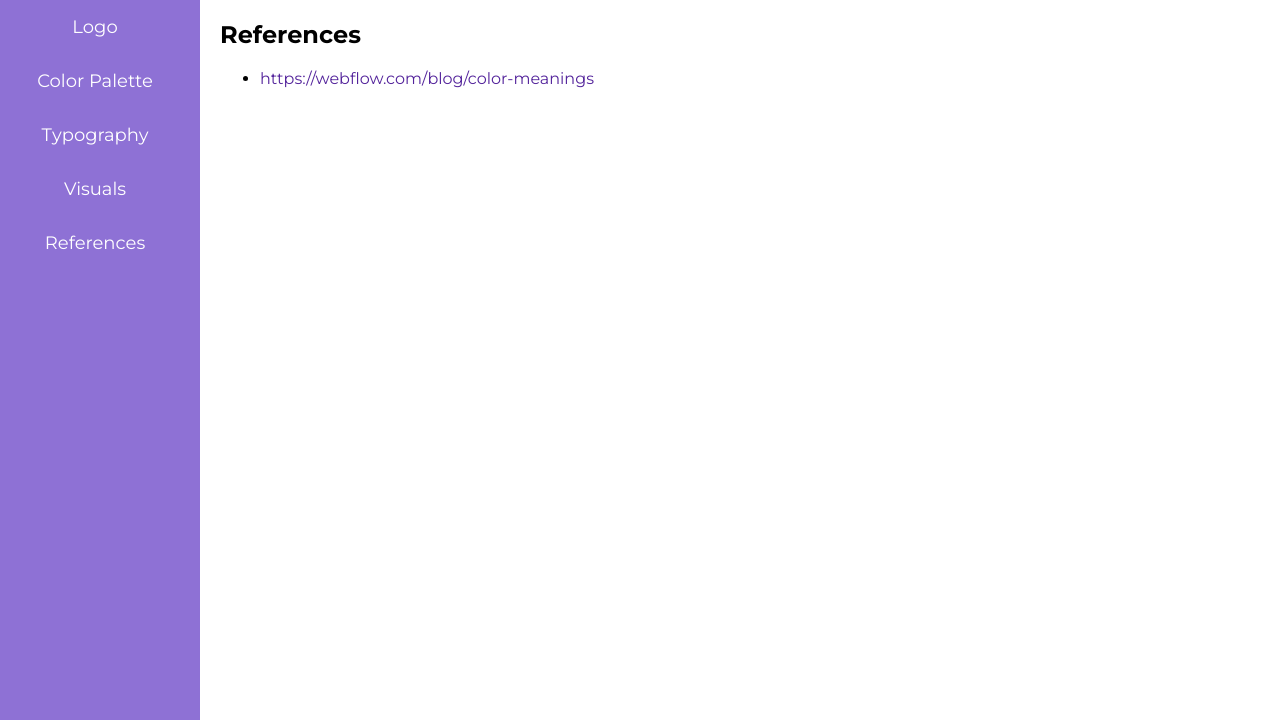
Repository: Irinalimm/PocketProfs-A5Styleguide
Page: pages/references.html
The author's editor kept a copy of each file at every save. The page is drawn from the files as they stood at one save, then again after the next save.
The browser window is 1280 px wide. The pictures show the whole page.
Some web libraries are served in a nearby version.

Above is the page before, as saved 2024-04-10 22:19:40.

After the next save:
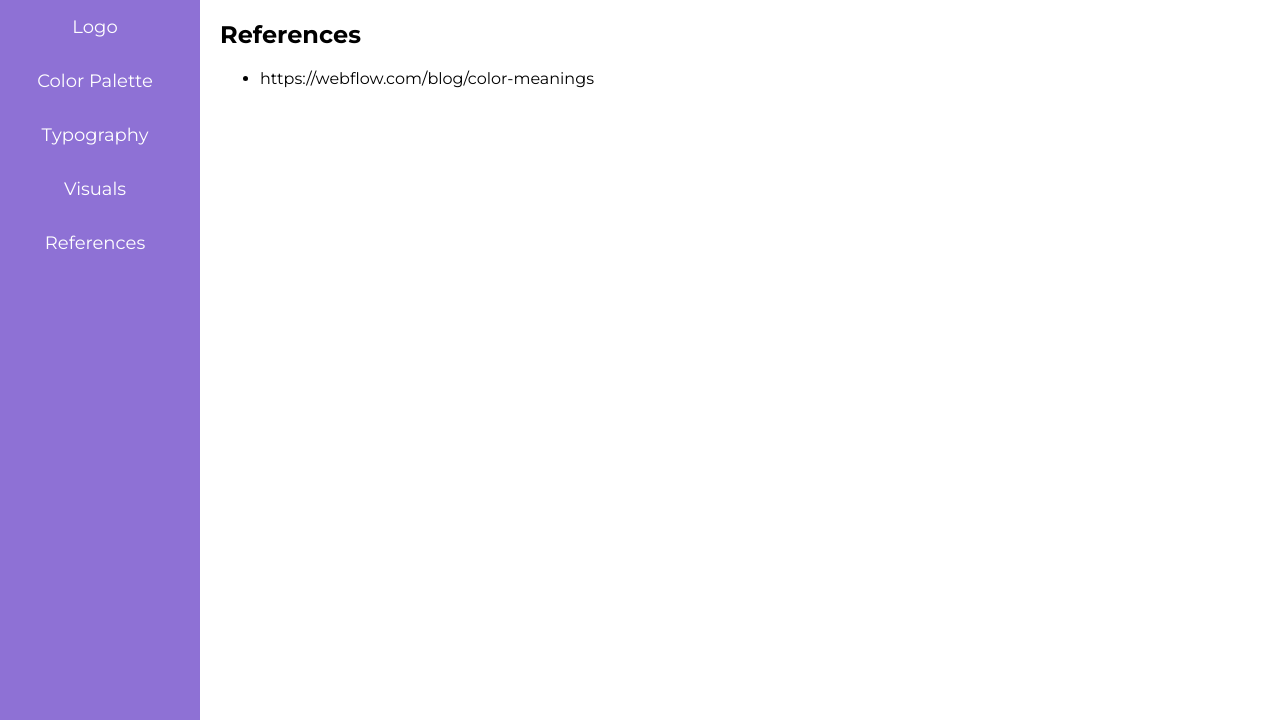
Saved 11 s later.
--- a/css/references.css
+++ b/css/references.css
@@ -8,7 +8,7 @@
   }
 
   a{
-    color: #53239B;
+    color: black;
 
   }
 
